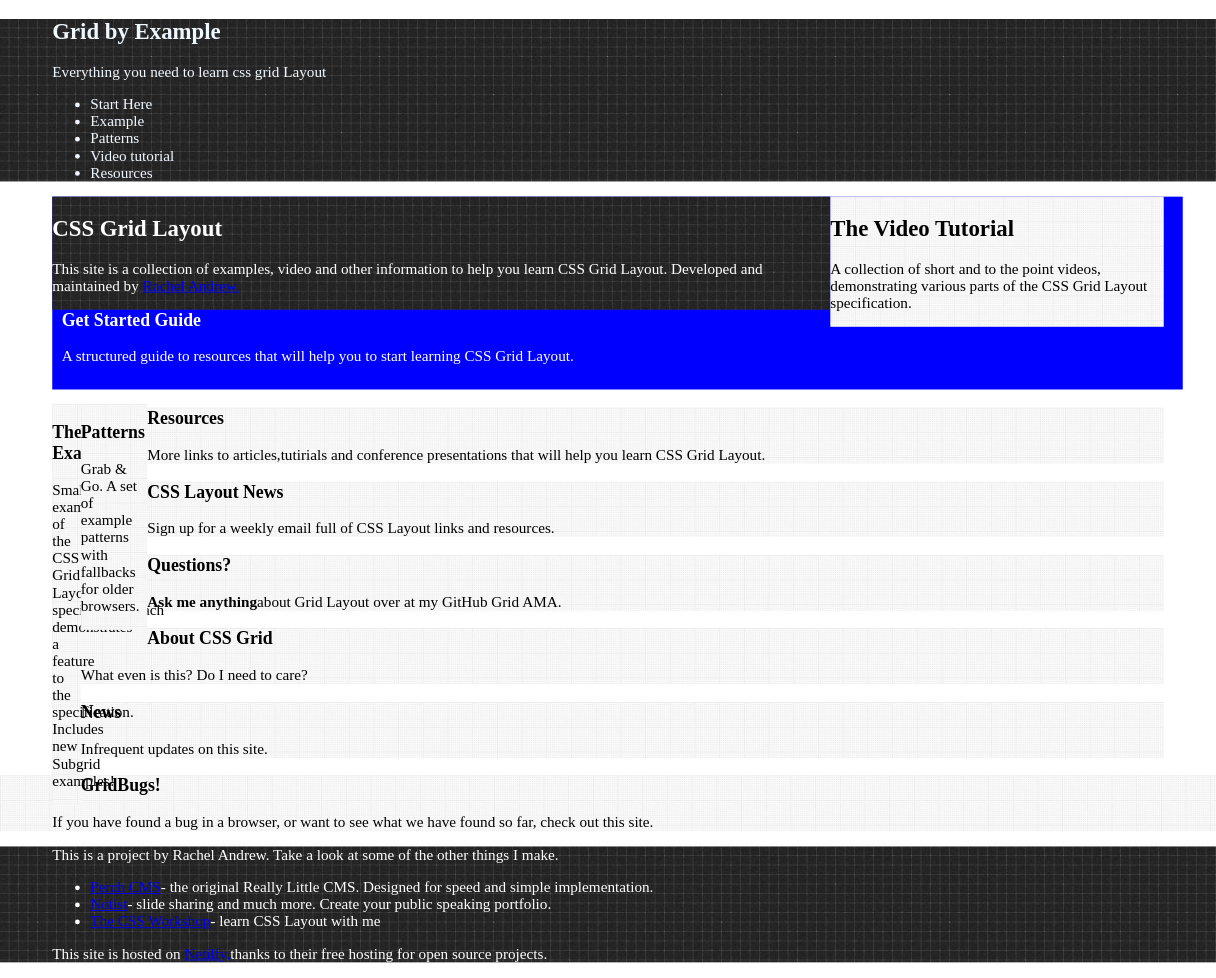
Repository: sitikhusushan/grid
Page: index.html
The author's editor kept a copy of each file at every save. The page is drawn from the files as they stood at one save, then again after the next save.
The browser window is 1280 px wide. The pictures show the whole page, at 95% of full size.

Above is the page before, as saved 2020-05-12 21:28:26.

After the next save:
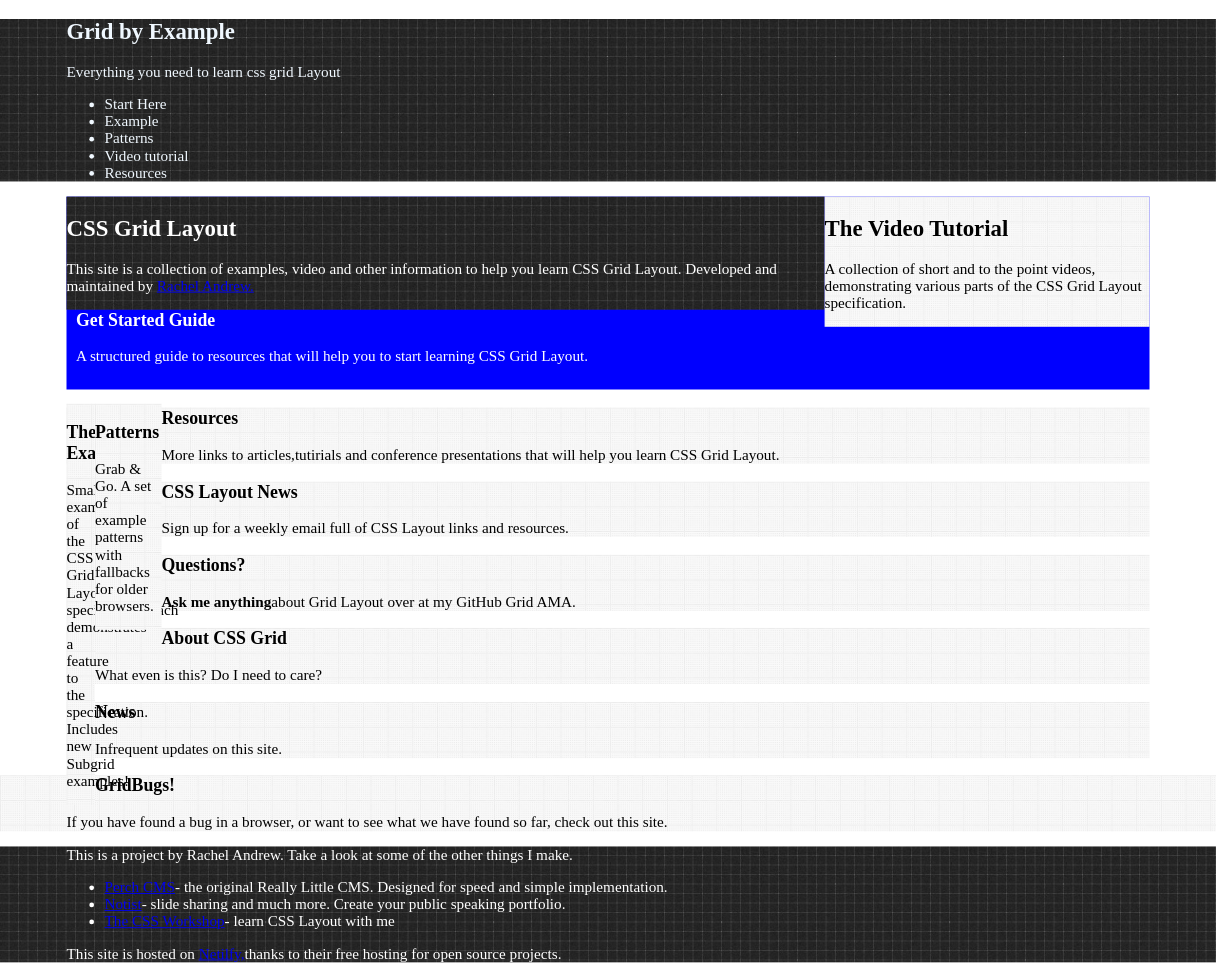
Saved 110 s later.
--- a/style.css
+++ b/style.css
@@ -15,6 +15,12 @@
   max-width: 100%;
   padding-left: 15px;
   padding-right: 15px;
+}
+
+* {
+  -webkit-box-sizing: border-box;
+  -moz-box-sizing: border-box;
+  box-sizing: border-box;
 }
 
 .header {

After the save that followed:
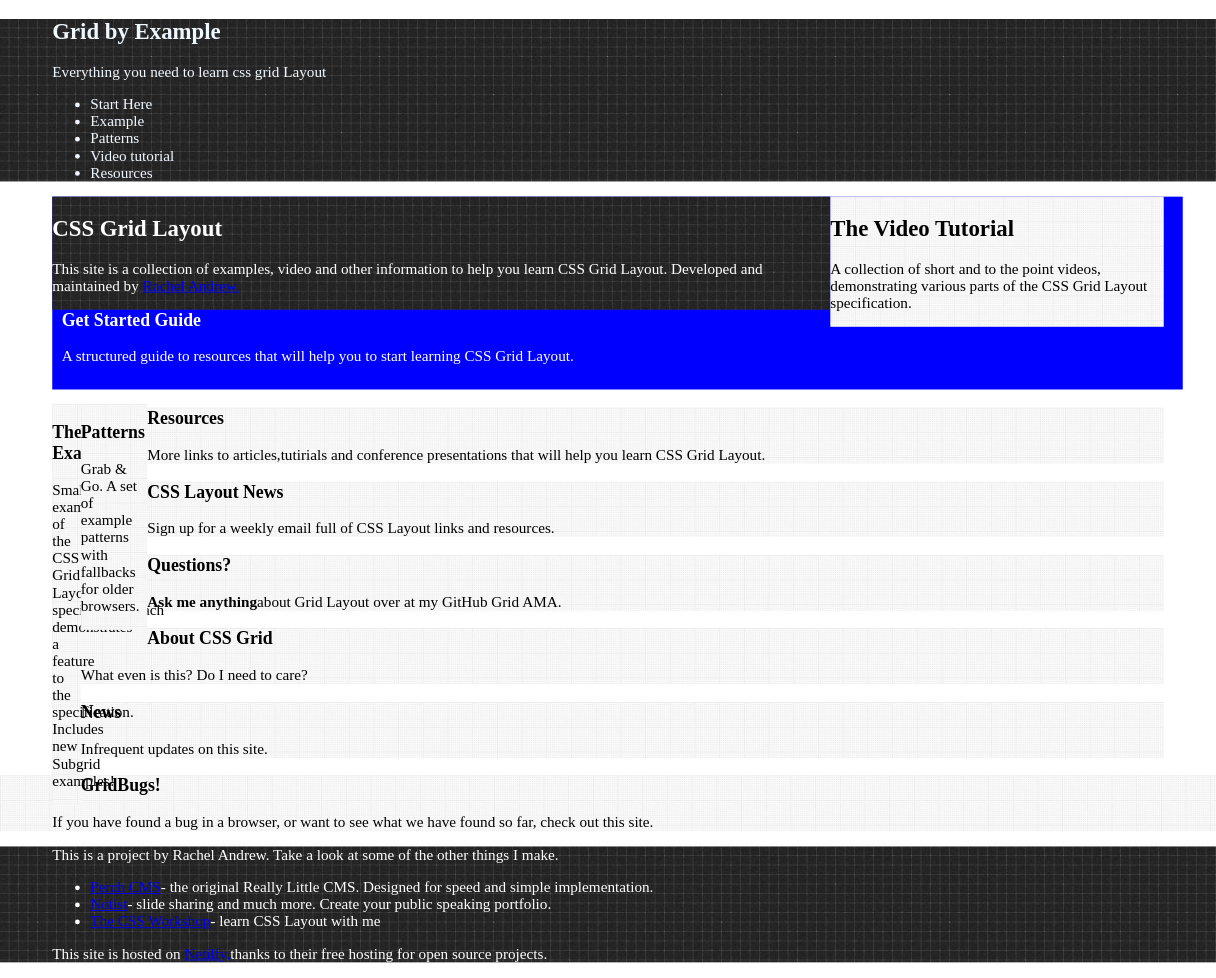
Saved 29 s later.
--- a/style.css
+++ b/style.css
@@ -17,11 +17,11 @@
   padding-right: 15px;
 }
 
-* {
+/* * {
   -webkit-box-sizing: border-box;
   -moz-box-sizing: border-box;
   box-sizing: border-box;
-}
+} */
 
 .header {
   background-image: url("image/inflicted.png");
